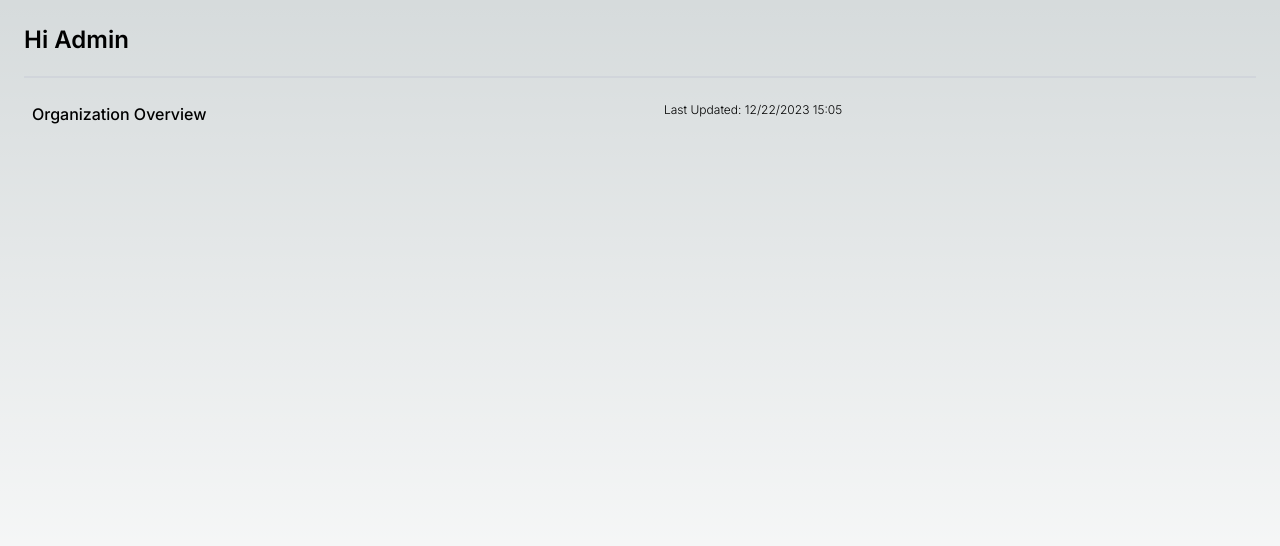
Repository: khairul35/merchant-dashboard
Page: /home
An editor plug-in stored every save of this project. The page is shown before and after the next save, followed by the edit.
The browser window is 1280 px wide. The pictures show the whole page.
The project was rebuilt for these pictures with package versions that can differ from the ones it lists, and the page was loaded fresh each time. The framework's server and built-in components were replaced by stand-ins that run in the browser. Also part of the build but not shown: next.config.js, app/components/layout/Header/index.module.css, app/components/layout/Header/index.component.tsx, app/components/layout/Navigation/index.module.css, app/components/layout/Navigation/index.component.tsx, app/components/layout/Navigation/menus.tsx.

Above is the page before, as saved 2024-01-03 15:50:01.

After the next save:
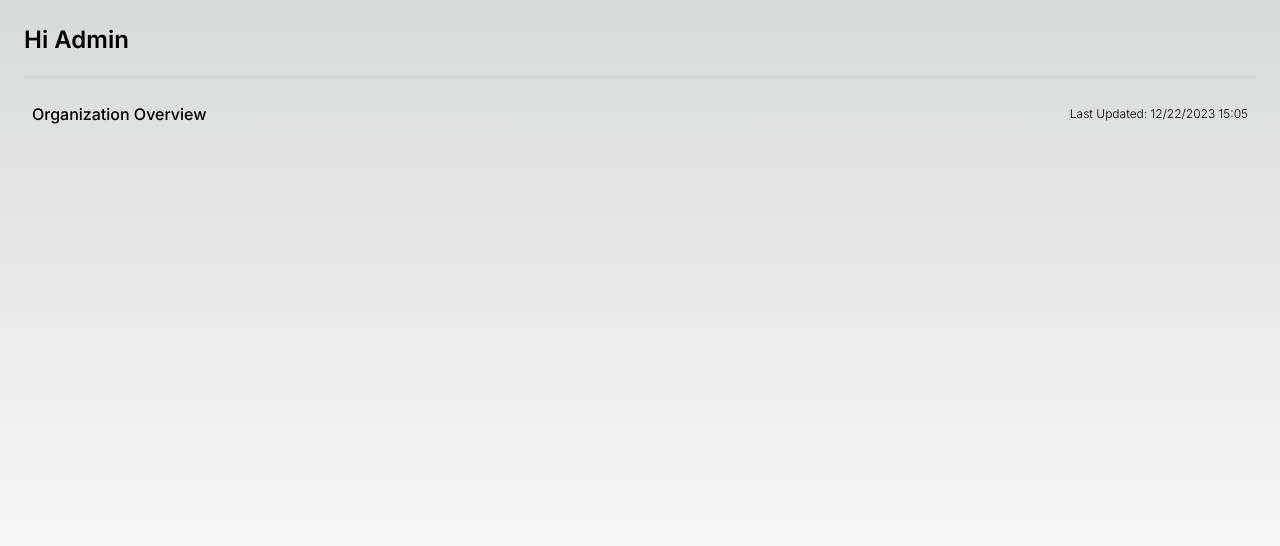
Saved 46 s later.
--- a/app/home/index.component.tsx
+++ b/app/home/index.component.tsx
@@ -10,7 +10,7 @@
             </div>
             <div className="grid grid-cols-1 sm:grid-cols-2 gap-4">
                 <div className="p-4 font-medium">Organization Overview</div>
-                <div className="p-4 font-light text-xs">Last Updated: 12/22/2023 15:05</div>
+                <div className="p-4 font-light text-xs flex justify-end items-center ">Last Updated: 12/22/2023 15:05</div>
             </div>
         </div>
     )
